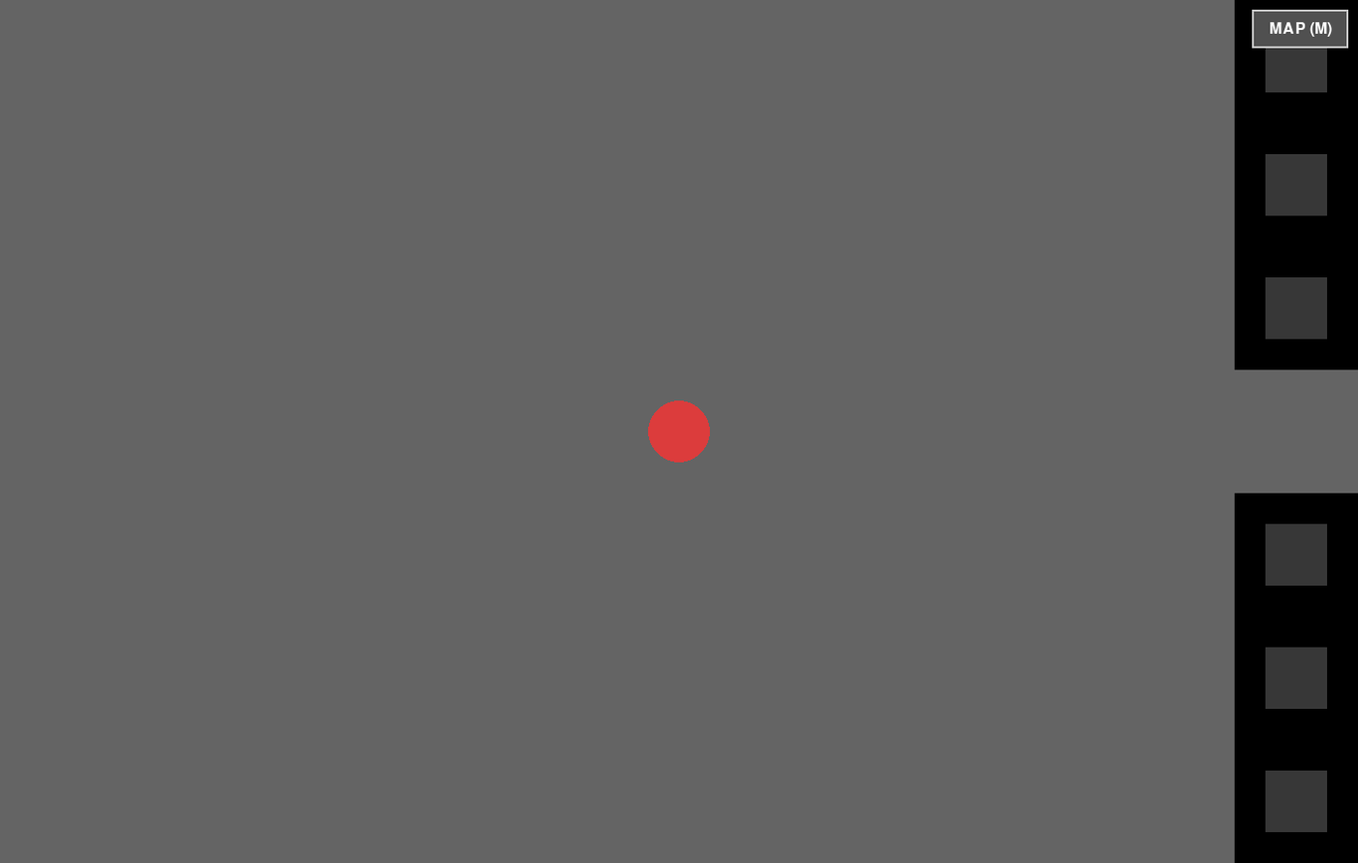
Repository: Nakib-Arman/Game-Jam-2026
Script's output: python main.py
These files come from the project's save history. The script's output is drawn as it stood at one moment and after a run of saves; the edit follows.
The pictures are shown at 97% of full size.
Figures wider than 1,400 px are first shrunk to that width. The window is shown after at most 60 frames with no key pressed. Random numbers start from a fixed seed.

Above is the script's output before, as saved 2026-01-24 21:54:48.

### main.py
import pygame
from cave import generate_cave
from map import draw_map

# ======================
# CONFIGURATION
# ======================

WORLD_ROWS = 200
WORLD_COLS = 200

VIEW_ROWS = 7
VIEW_COLS = 11

BASE_CELL_SIZE = 128
WALL_SCALE = 0.5

MOVE_DELAY = 80
FPS = 60

BLACK = (0, 0, 0)
LIGHT_GRAY = (100, 100, 100)
DARK_GRAY = (55, 55, 55)
GREEN = (0, 200, 0)
RED = (220, 60, 60)

# ======================
# INITIALIZE
# ======================

pygame.init()
SCREEN_WIDTH = VIEW_COLS * BASE_CELL_SIZE
SCREEN_HEIGHT = VIEW_ROWS * BASE_CELL_SIZE

screen = pygame.display.set_mode((SCREEN_WIDTH, SCREEN_HEIGHT))
pygame.display.set_caption("Cave Explorer")
clock = pygame.time.Clock()
font = pygame.font.SysFont(None, 24)

# ======================
# GAME STATE
# ======================

cave, (player_x, player_y) = generate_cave(WORLD_ROWS, WORLD_COLS)
player_radius = BASE_CELL_SIZE // 4
last_move_time = 0
show_map = False

# ======================
# HELPERS
# ======================

def can_move(x, y):
    return (
        0 <= x < WORLD_COLS and
        0 <= y < WORLD_ROWS and
        cave[y][x] != 1
    )

def get_camera_offset():
    cam_x = player_x - VIEW_COLS // 2
    cam_y = player_y - VIEW_ROWS // 2

    cam_x = max(0, min(cam_x, WORLD_COLS - VIEW_COLS))
    cam_y = max(0, min(cam_y, WORLD_ROWS - VIEW_ROWS))

    return cam_x, cam_y

def draw_map_button():
    button_rect = pygame.Rect(
        SCREEN_WIDTH - 110,
        10,
        100,
        40
    )
    pygame.draw.rect(screen, (80, 80, 80), button_rect)
    pygame.draw.rect(screen, (200, 200, 200), button_rect, 2)

    text = font.render("MAP (M)", True, (255, 255, 255))
    text_rect = text.get_rect(center=button_rect.center)
    screen.blit(text, text_rect)

    return button_rect

# ======================
# RENDERING
# ======================

def draw_world():
    cam_x, cam_y = get_camera_offset()

    for row in range(VIEW_ROWS):
        for col in range(VIEW_COLS):
            world_x = cam_x + col
            world_y = cam_y + row

            screen_x = col * BASE_CELL_SIZE
            screen_y = row * BASE_CELL_SIZE

            if not (0 <= world_x < WORLD_COLS and 0 <= world_y < WORLD_ROWS):
                continue

            cell = cave[world_y][world_x]

            if cell == 1:
                size = int(BASE_CELL_SIZE * WALL_SCALE)
                offset = (BASE_CELL_SIZE - size) // 2
                rect = pygame.Rect(
                    screen_x + offset,
                    screen_y + offset,
                    size,
                    size
                )
                pygame.draw.rect(screen, DARK_GRAY, rect)

            else:
                rect = pygame.Rect(
                    screen_x,
                    screen_y,
                    BASE_CELL_SIZE,
                    BASE_CELL_SIZE
                )
                pygame.draw.rect(screen, LIGHT_GRAY, rect)

            if cell == 2:
                pygame.draw.circle(
                    screen,
                    GREEN,
                    (screen_x + BASE_CELL_SIZE // 2,
                     screen_y + BASE_CELL_SIZE // 2),
                    BASE_CELL_SIZE // 6
                )

    # Player (centered)
    pygame.draw.circle(
        screen,
        RED,
        (SCREEN_WIDTH // 2, SCREEN_HEIGHT // 2),
        player_radius
    )

# ======================
# MAIN LOOP
# ======================

running = True
while running:
    clock.tick(FPS)
    current_time = pygame.time.get_ticks()

    for event in pygame.event.get():
        if event.type == pygame.QUIT:
            running = False

        if event.type == pygame.KEYDOWN:
            if event.key == pygame.K_m:
                show_map = not show_map

        if event.type == pygame.MOUSEBUTTONDOWN:
            if event.button == 1:
                if map_button.collidepoint(event.pos):
                    show_map = not show_map

    # ------------------
    # MOVEMENT
    # ------------------
    if not show_map and current_time - last_move_time >= MOVE_DELAY:
        keys = pygame.key.get_pressed()
        dx = dy = 0

        if keys[pygame.K_LEFT]:
            dx = -1
        elif keys[pygame.K_RIGHT]:
            dx = 1
        elif keys[pygame.K_UP]:
            dy = -1
        elif keys[pygame.K_DOWN]:
            dy = 1

        nx = player_x + dx
        ny = player_y + dy

        if can_move(nx, ny):
            player_x, player_y = nx, ny
            last_move_time = current_time

    # ------------------
    # DRAW
    # ------------------
    screen.fill(BLACK)

    if show_map:
        draw_map(
            screen,
            cave,
            (player_x, player_y),
            (SCREEN_WIDTH, SCREEN_HEIGHT)
        )
    else:
        draw_world()

    map_button = draw_map_button()
    pygame.display.flip()

pygame.quit()

### cave.py
import random
from collections import deque

WALL = 1
FLOOR = 0
EXIT = 2


def generate_cave(rows, cols):

    cave = [[WALL for _ in range(cols)] for _ in range(rows)]
    rooms = []

    # --------------------------------------------------
    # BASIC HELPERS
    # --------------------------------------------------
    def carve(x, y):
        if 0 <= x < cols and 0 <= y < rows:
            cave[y][x] = FLOOR

    def carve_room(x, y, w, h):
        for iy in range(y, y + h):
            for ix in range(x, x + w):
                carve(ix, iy)

    def intersects(r1, r2):
        x1, y1, w1, h1 = r1
        x2, y2, w2, h2 = r2
        return not (
            x1 + w1 < x2 or
            x2 + w2 < x1 or
            y1 + h1 < y2 or
            y2 + h2 < y1
        )

    def center(room):
        x, y, w, h = room
        return (x + w // 2, y + h // 2)

    # --------------------------------------------------
    # 1️⃣ BIG ROOMS (FEWER)
    # --------------------------------------------------
    for _ in range(15):
        w = random.randint(6, 10)
        h = random.randint(6, 10)
        x = random.randint(2, cols - w - 3)
        y = random.randint(2, rows - h - 3)

        new_room = (x, y, w, h)
        if any(intersects(new_room, r) for r in rooms):
            continue

        carve_room(x, y, w, h)
        rooms.append(new_room)

    # --------------------------------------------------
    # 2️⃣ SMALL MICRO ROOMS (LOTS)
    # --------------------------------------------------
    for _ in range(40):
        w = random.randint(2, 4)
        h = random.randint(2, 4)
        x = random.randint(1, cols - w - 2)
        y = random.randint(1, rows - h - 2)

        carve_room(x, y, w, h)

    # --------------------------------------------------
    # 3️⃣ CONNECT ROOMS (MULTIPLE LOOPS)
    # --------------------------------------------------
    for i in range(len(rooms)):
        x1, y1 = center(rooms[i])
        x2, y2 = center(random.choice(rooms))

        for x in range(min(x1, x2), max(x1, x2) + 1):
            carve(x, y1)
        for y in range(min(y1, y2), max(y1, y2) + 1):
            carve(x2, y)

    # --------------------------------------------------
    # 4️⃣ DRUNK WALK TUNNELS (NOISE)
    # --------------------------------------------------
    for _ in range(200):
        x = random.randint(1, cols - 2)
        y = random.randint(1, rows - 2)

        for _ in range(random.randint(10, 30)):
            carve(x, y)
            dx, dy = random.choice([(0,1),(1,0),(0,-1),(-1,0)])
            x = max(1, min(cols - 2, x + dx))
            y = max(1, min(rows - 2, y + dy))

    # --------------------------------------------------
    # 5️⃣ CELLULAR AUTOMATA SMOOTHING
    # --------------------------------------------------
    for _ in range(4):
        new_map = [[cave[y][x] for x in range(cols)] for y in range(rows)]
        for y in range(1, rows - 1):
            for x in range(1, cols - 1):
                walls = 0
                for dx, dy in [(-1,0),(1,0),(0,-1),(0,1)]:
                    if cave[y+dy][x+dx] == WALL:
                        walls += 1
                if walls <= 1:
                    new_map[y][x] = FLOOR
        cave = new_map

    # --------------------------------------------------
    # 6️⃣ SPAWN & EXIT
    # --------------------------------------------------
    spawn_x, spawn_y = center(random.choice(rooms))
    exit_x, exit_y = find_farthest_cell(cave, spawn_x, spawn_y)
    cave[exit_y][exit_x] = EXIT

    return cave, (spawn_x, spawn_y)


def find_farthest_cell(cave, sx, sy):
    rows, cols = len(cave), len(cave[0])
    dist = [[-1]*cols for _ in range(rows)]
    q = deque([(sx, sy)])
    dist[sy][sx] = 0

    farthest = (sx, sy)

    while q:
        x, y = q.popleft()
        for dx, dy in [(0,1),(1,0),(0,-1),(-1,0)]:
            nx, ny = x + dx, y + dy
            if 0 <= nx < cols and 0 <= ny < rows:
                if cave[ny][nx] != WALL and dist[ny][nx] == -1:
                    dist[ny][nx] = dist[y][x] + 1
                    q.append((nx, ny))
                    farthest = (nx, ny)

    return farthest

### map.py
import pygame

WALL = 1
FLOOR = 0
EXIT = 2

def draw_map(screen, cave, player_pos, screen_size):
    rows = len(cave)
    cols = len(cave[0])

    map_margin = 40
    map_width = screen_size[0] - map_margin * 2
    map_height = screen_size[1] - map_margin * 2

    cell_w = map_width // cols
    cell_h = map_height // rows
    cell_size = min(cell_w, cell_h)

    offset_x = (screen_size[0] - (cols * cell_size)) // 2
    offset_y = (screen_size[1] - (rows * cell_size)) // 2

    for y in range(rows):
        for x in range(cols):
            cell = cave[y][x]

            color = (30, 30, 30)          # wall
            if cell == FLOOR:
                color = (120, 120, 120)
            elif cell == EXIT:
                color = (0, 200, 0)

            rect = pygame.Rect(
                offset_x + x * cell_size,
                offset_y + y * cell_size,
                cell_size,
                cell_size
            )
            pygame.draw.rect(screen, color, rect)

    # Draw player
    px, py = player_pos
    player_rect = pygame.Rect(
        offset_x + px * cell_size,
        offset_y + py * cell_size,
        cell_size,
        cell_size
    )
    pygame.draw.rect(screen, (220, 60, 60), player_rect)

    # Border
    pygame.draw.rect(
        screen,
        (200, 200, 200),
        (
            offset_x,
            offset_y,
            cols * cell_size,
            rows * cell_size
        ),
        2
    )

After the next 3 saves:
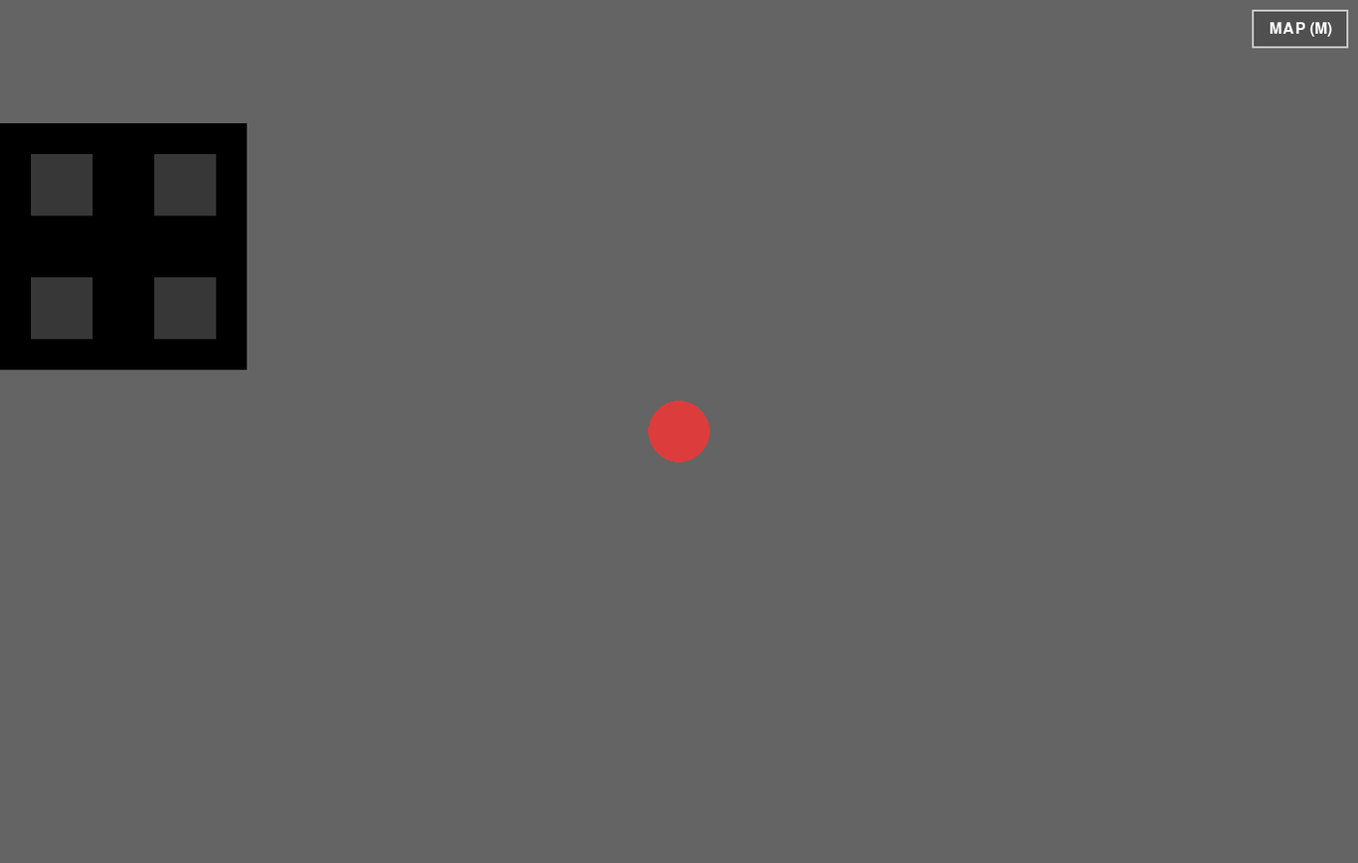
The 3 saves are shown as one change because they came seconds apart.
The last was saved 45 s later.
--- a/main.py
+++ b/main.py
@@ -6,8 +6,8 @@
 # CONFIGURATION
 # ======================
 
-WORLD_ROWS = 200
-WORLD_COLS = 200
+WORLD_ROWS = 50
+WORLD_COLS = 50
 
 VIEW_ROWS = 7
 VIEW_COLS = 11
